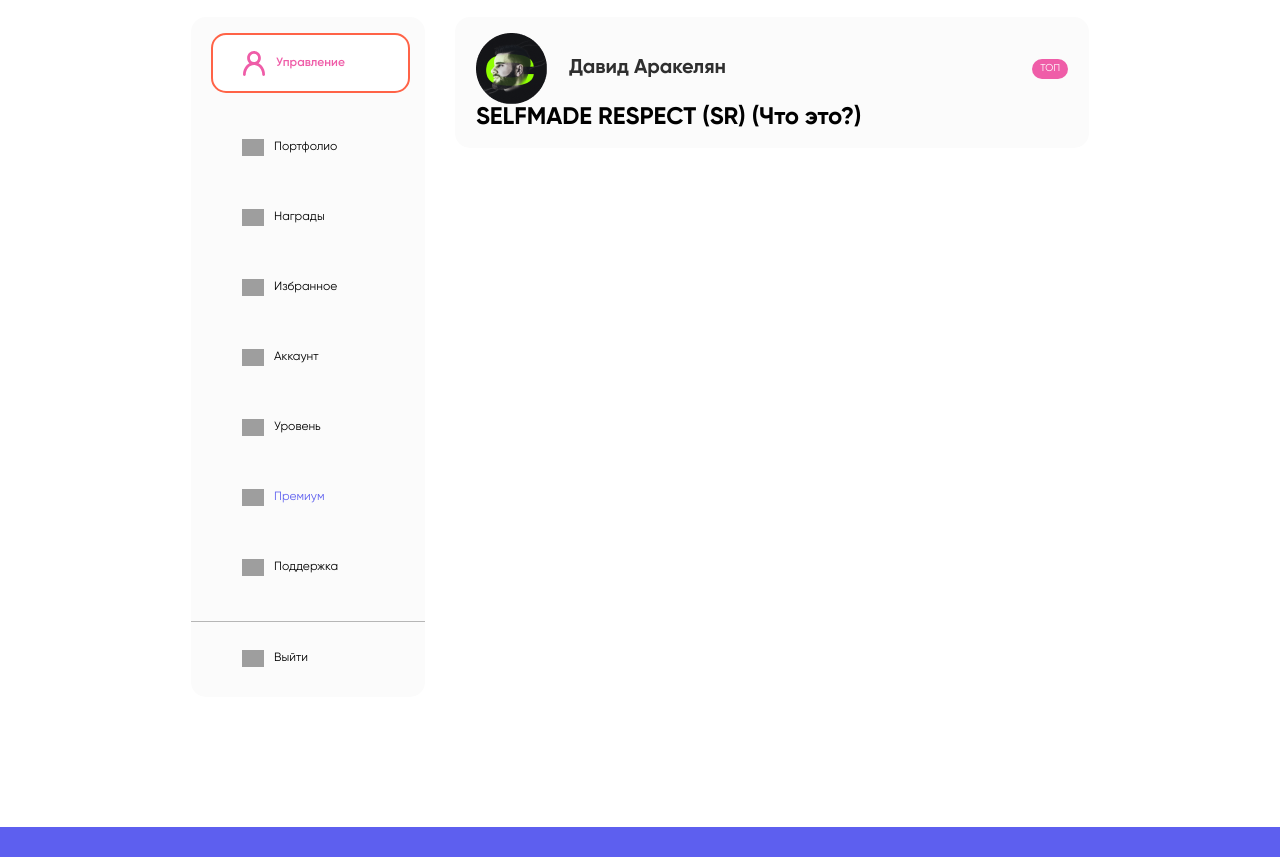
Repository: alexboagreek/selfmade
Page: index.html
These files come from the project's save history. The page is drawn as it stood at one moment and after a run of saves; the edit follows.
The browser window is 1280 px wide. The pictures show the part of the page from y = 353 to 1210 px (the page is 1719 px tall).
Pictures or frames that could not be fetched are drawn as grey boxes. A picture or video elsewhere on the page could not be fetched, so the positions and the page height are approximate.

Above is the page before, as saved 2022-12-13 12:45:12.

### index.html
<!DOCTYPE html>
<html lang="ru">
<head>
    <meta charset="UTF-8">
    <meta http-equiv="X-UA-Compatible" content="IE=edge">
    <meta name="viewport" content="width=device-width, initial-scale=1.0">
    <link rel="stylesheet" href="css/style.css">
    <link rel="icon" type="image/png" sizes="64x64" href="assets/icons/favicon.png">
    <link rel="icon" type="image/png" sizes="48x48" href="assets/icons/favicon_48.png">
    <title>Selfmade</title>
</head>
<body>
    <header class="header">
        <div class="header__container">
            <h1 class="visually-hidden">Selfmade...</h1>
            <div class="header__box">
                <div class="header__logo">
                    <a href="/"><img src="./assets/icons/header_logo.svg" alt="Логотип Selfmade"></a>
                </div>
                <div class="header__login">
                    <div class="header__alarm">
                        <img class="header__alarm_icon" src="assets/icons/bell.svg" alt="authorization bell">
                    </div>
                    <p class="user__name">Аракелян Д.</p>
                    <div class="user__login">
                        <img src="assets/icons/user_icon.svg" alt="user icon">
                    </div>
                </div>

            </div>

        </div>
    </header>

    <main class="main main__container">
        <div class="sidebar">
            <ul class="menu__list">
                <li class="menu__list_item menu__list_item_fix">
                    <button class="menu__list_button menu__button_control control__text">Управление</button>
                </li>
                <li class="menu__list_item list_item_fix">
                    <button class="menu__list_button menu__button_portfolio">Портфолио</button>
                </li>
                <li class="menu__list_item list_item_fix">
                    <button class="menu__list_button menu__button_star">Награды</button>
                </li>
                <li class="menu__list_item list_item_fix">
                    <button class="menu__list_button menu__button_like">Избранное</button>
                </li>
                <li class="menu__list_item list_item_fix">
                    <button class="menu__list_button menu__button_settings">Аккаунт</button>
                </li>
                <li class="menu__list_item list_item_fix">
                    <button class="menu__list_button menu__button_level">Уровень</button>
                </li>
                <li class="menu__list_item list_item_fix">
                    <button class="menu__list_button menu__button_premium menu__button_active">Премиум</button>
                </li>
                <li class="menu__list_item item__border list_item_fix">
                    <button class="menu__list_button menu__button_helper">Поддержка</button>
                </li>
                <li class="menu__list_item list_item_fix menu__line">
                    <button class="menu__list_button menu__button_exit">Выйти</button>
                </li>
            </ul>
        </div>
        <div class="content">
            <section class="interface">
                <div class="interface__box">
                    <div class="interface__box_header interface__line">
                        <div class="user__info">
                            <img src="assets/img/interface.png" alt="Логотип интерфейса юзера | user interface logo" class="interface__img">
                            <p class="interface__text">Давид Аракелян</p>
                        </div>
                        <div class="interface__rating">Топ</div>
                    </div>
                    <div class="selfmade__respect">
                        <h2 class="selfmade__respect_title">SELFMADE RESPECT (SR) <span class="selfmade__span">(Что это?)</span></h2>

                    </div>
                </div>
            </section>
        </div>
    </main>

  <footer class="footer">
    <div class="footer__container">
        <div class="footer__box">
            <img src="./assets/icons/footer_logo.svg" alt="Логотип Selfmade">
            <div class="footer__social">
                <ul class="footer__social_list">
                    <li class="footer__social_list_item">
                        <svg width="15" height="14" viewbox="0 0 15 14" fill="none" xmlns="http://www.w3.org/2000/svg">
                            <path d="M0.911243 6.87875L4.18677 8.10128L5.45459 12.1786C5.53572 12.4397 5.85504 12.5363 6.067 12.363L7.89283 10.8745C8.08421 10.7186 8.35682 10.7108 8.55683 10.856L11.85 13.2469C12.0767 13.4117 12.3979 13.2875 12.4548 13.0135L14.8672 1.40935C14.9293 1.11007 14.6352 0.860402 14.3502 0.970619L0.907405 6.15646C0.575664 6.2844 0.578554 6.75408 0.911243 6.87875ZM5.25027 7.4505L11.6519 3.50775C11.7669 3.43709 11.8853 3.59266 11.7865 3.6843L6.50332 8.59526C6.31761 8.76813 6.19783 8.99946 6.1639 9.25055L5.98393 10.5842C5.9601 10.7623 5.70995 10.78 5.66081 10.6077L4.96866 8.17563C4.88939 7.89823 5.00491 7.60194 5.25027 7.4505Z" fill="#5D5FEF"/>
                        </svg>
                    </li>
                    <li class="footer__social_list_item">
                        <svg width="15" height="15" viewbox="0 0 15 15" fill="none" xmlns="http://www.w3.org/2000/svg">
                            <path fill-rule="evenodd" clip-rule="evenodd" d="M4.90509 0.6828C2.54568 0.6828 0.632996 2.59548 0.632996 4.9549V10.295C0.632996 12.6544 2.54568 14.5671 4.90509 14.5671H10.2452C12.6046 14.5671 14.5173 12.6544 14.5173 10.295V4.9549C14.5173 2.59548 12.6046 0.6828 10.2452 0.6828H4.90509ZM7.57515 3.88687C5.51067 3.88687 3.83707 5.56047 3.83707 7.62496C3.83707 9.68944 5.51067 11.363 7.57515 11.363C9.63964 11.363 11.3132 9.68944 11.3132 7.62496C11.3132 5.56047 9.63964 3.88687 7.57515 3.88687ZM11.5421 4.64975C12.0898 4.64975 12.5338 4.20573 12.5338 3.65801C12.5338 3.11029 12.0898 2.66627 11.5421 2.66627C10.9944 2.66627 10.5504 3.11029 10.5504 3.65801C10.5504 4.20573 10.9944 4.64975 11.5421 4.64975Z" fill="#5D5FEF"/>
                        </svg>
                    </li>
                    <li class="footer__social_list_item">
                        <svg width="16" height="9" viewbox="0 0 16 9" fill="none" xmlns="http://www.w3.org/2000/svg">
                            <path d="M12.9479 4.91454C12.7006 4.61918 12.7714 4.48778 12.9479 4.22376C12.9511 4.22075 14.9925 1.55289 15.2028 0.648132L15.2041 0.647529C15.3086 0.317814 15.2041 0.0755005 14.6987 0.0755005H13.0263C12.6006 0.0755005 12.4043 0.283456 12.2991 0.516125C12.2991 0.516125 11.4477 2.44378 10.2431 3.69332C9.85434 4.05438 9.67462 4.17012 9.46239 4.17012C9.35787 4.17012 9.19535 4.05438 9.19535 3.72467V0.647529C9.19535 0.252112 9.07617 0.0755005 8.72373 0.0755005H6.09412C5.82709 0.0755005 5.66839 0.259948 5.66839 0.431737C5.66839 0.80666 6.27066 0.892856 6.33312 1.9477V4.23642C6.33312 4.73792 6.23689 4.83015 6.02338 4.83015C5.45489 4.83015 4.07508 2.89465 3.25739 0.679476C3.09232 0.249701 2.93108 0.0761032 2.50216 0.0761032H0.829178C0.351821 0.0761032 0.255585 0.284059 0.255585 0.516728C0.255585 0.927817 0.824079 2.97181 2.89921 5.67222C4.28221 7.51549 6.22988 8.51428 8.00164 8.51428C9.06661 8.51428 9.19663 8.29246 9.19663 7.91091C9.19663 6.14961 9.10039 5.98325 9.63383 5.98325C9.88111 5.98325 10.3068 6.09898 11.3011 6.98806C12.4374 8.04231 12.6242 8.51428 13.2602 8.51428H14.9326C15.4093 8.51428 15.6508 8.29246 15.5119 7.85485C15.1939 6.93442 13.0448 5.04112 12.9479 4.91454V4.91454Z" fill="#5D5FEF"/>
                        </svg>
                    </li>
                    <li class="footer__social_list_item">
                        <svg width="7" height="14" viewbox="0 0 7 14" fill="none" xmlns="http://www.w3.org/2000/svg">
                            <path d="M5.1126 2.93661H6.8285V0.446777H4.81141V0.455757C2.36736 0.540786 1.86645 1.89031 1.8223 3.30771H1.81727V4.55101H0.153015V6.9893H1.81727V13.5253H4.3254V6.9893H6.37996L6.77685 4.55101H4.32622V3.79984C4.32622 3.32082 4.65072 2.93661 5.1126 2.93661Z" fill="#5D5FEF"/>
                        </svg>
                    </li>
                </ul>
            </div>
        </div>
        <div class="footer__services">
            <ul class="services__list">
                <li class="services__list_item">Как работает сервис?</li>
                <li class="services__list_item">Советы от SELFMADE</li>
                <li class="services__list_item">Пользовательское соглашение</li>
                <li class="services__list_item">Почему SELFMADE</li>
                <li class="services__list_item">Помощь и поддержка</li>
            </ul>
        </div>
    </div>
    <div class="footer__copyright">
        <ul class="footer__copyright_list">
            <li class="footer__copyright_list_item footer__copy_text">© SELFMADE.TEAM 2022</li>
            <li class="footer__copyright_list_item footer__copy_text-info">ИНН 431207720494 / ОГРНИП 320508100324371</li>
            <li class="footer__copyright_list_item">
                <a class="footer__copyright_link" href="#">Политика конфиденциальности</a>
            </li>
        </ul>
    </div>

  </footer>
</body>
</html>

### css/style.css
@import 'normalize.css';
@import 'fonts.css';
@import 'default.css';
@import 'header.css';
@import 'sidebar.css';
@import 'interface.css';
@import 'footer.css';

### css/fonts.css
@font-face {
    font-family: Gilroy;
    src: url(../assets/fonts/Gilroy-Regular.woff2) format('woff2'),
    url(../assets/fonts/Gilroy-Regular.woff) format('woff');
    font-weight: 400;
}

@font-face {
    font-family: Gilroy;
    src: url(../assets/fonts/Gilroy-Semibold.woff2) format('woff2'),
    url(../assets/fonts/Gilroy-Semibold.woff) format('woff');
    font-weight: 500;
}

@font-face {
    font-family: Gilroy;
    src: url(../assets/fonts/Gilroy-Bold.woff2) format('woff2'),
    url(../assets/fonts/Gilroy-Bold.woff) format('woff');
    font-weight: 600;
}

### css/default.css
:root {
    --color-control-text:#EF5DA8;
    --color-menu: #F0F0F0;
    --color-menu-active: #5D5FEF;
    --color-alarm: #EF5DA8;
    --color-main: #FBFBFB;
    --footer-color-main: #5D5FEF;
    --footer-color-copyright: #5556D3;
    --footer-social-color: #FFFFFF;
    --footer-copyright-link: #B6B6B6;
}

html {
  overflow-x: hidden;
  position: relative;
  box-sizing: border-box;
}

*,
*::before,
*::after {
  box-sizing: inherit;
}

body {
  display: flex;
  flex-direction: column;
  min-width: 320px;
  height: 100%;
  font-family: Gilroy, sans-serif;
  background-color: #FFFFFF;
  font-size: 16px;
  overflow-x: hidden;
  position: relative;
}

img,
svg {
  max-width: 100%;
  max-height: 100%;
  height: auto;
}

button {
  padding: 0;
  cursor: pointer;
  border: none;
  background-color: transparent;
}

a {
  text-decoration: none;
  color: inherit;
}

ul {
  list-style: none;
  padding: 0;
  margin: 0;
}

h1,
h2,
h3,
p,
figure,
fieldset {
  margin: 0;
}

iframe {
  border: none;
}

fieldset {
  padding: 0;
  border: 0;
}

.visually-hidden {
  position: fixed;
  transform: scale(0);
}

.container {
    max-width: 1400px;
    padding: 0 100px;
    margin: 0 auto;
}

### css/header.css
.header {
    padding-top: 28px;
    padding-bottom: 37px;
    flex: 0 0 auto;
    background-color: #FFFFFF;
}

.header__box {
    display: flex;
    justify-content: space-between;
    align-items: center;
}

.header__container {
    max-width: 1500px;
    margin: 0 auto;
    padding: 0 100px;
}

.header__alarm {
    position: relative;
    margin-right: 11px;
}

.header__alarm::after {
    position: absolute;
    top: 0;
    content: '';
    width: 5px;
    height: 5px;
    background-color: var(--color-alarm);
    border-radius: 50%;
}
.user__name {
    margin-right: 6px;
}

.header__login {
    display: flex;
    align-items: center;
}

.user__login {
    cursor: pointer;
}

.services__list_item {
    cursor: pointer;
}

### css/sidebar.css
.main {
    display: flex;
}

.main__container {
    max-width: 1200px;
    margin: 0 auto;
}

.sidebar {
    display: flex;
    justify-content: center;
    width: 234px;
    border-radius: 15px;
    background-color: var(--color-main);
    margin-bottom: 130px;
    margin-right: 30px;
}

.menu__list_button {
    font-size: 12px;
    line-height: 16px;
    padding: 7px 8px 7px 40px;
    background-size: 22px;
    background-position: 8px center;
    background-repeat: no-repeat;
    border-radius: 50px;
    border: 1px solid transparent;
    white-space: nowrap;
    outline: none;
    margin-bottom: 38px;
}

.menu__list_item_fix {
    display: flex;
    padding-left: 20px;
    align-items: flex-start;
}

.menu__button_active {
    color: var(--color-menu-active);
}

.menu__button_control {
    width: 199px;
    margin-top: 16px;
    border-radius: 15px;
    border: 2px solid tomato;
    padding: 20px;
    background-color: #FFFFFF;
    background-image: url('../assets/icons/user__icon.svg');
    background-position: calc(30px);
}

.control__text {
    font-weight: 500;
    color: var(--color-control-text);
}

.menu__button_portfolio {
    background-image: url('../assets/icons/portfolio_icon.svg');
}
.menu__button_star {
    background-image: url('../assets/icons/star_icon.svg');
}

.menu__button_like {
    background-image: url('../assets/icons/like_icon.svg');
}
.menu__button_settings {
    background-image: url('../assets/icons/settings_icon.svg');
}
.menu__button_level {
    background-image: url('../assets/icons/level_icon.svg');
}
.menu__button_premium {
    background-image: url('../assets/icons/premium_icon.svg');
}

.menu__button_helper {
    background-image: url('../assets/icons/helper_icon.svg');
}

.menu__line {
    width: 234px;
    border-top: 1px solid var(--footer-copyright-link);
}
.menu__button_exit {
    background-image: url('../assets/icons/exit_icon.svg');
    margin-top: 20px;
    margin-bottom: 23px;
}

.list_item_fix {
    padding-left: 42px;
}

### css/interface.css
.interface__box {
    border-radius: 15px;
    padding: 16px 21px;
    width: 634px;
    background-color: var(--color-main);
}
.interface__box_header {
    display: flex;
    justify-content: space-between;
    align-items: center;
}
.user__info {
    display: flex;
    align-items: center;
}

.interface__text {
    font-weight: 700;
    font-size: 20px;
    margin-left: 22px;
    line-height: 1.06;
    color: #2F2F2F;
}

.interface__rating {
    padding: 4px 8px;
    border-radius: 47px;
    color: #FFFFFF;
    background-color: var( --color-control-text);
    font-size: 10px;
    text-transform: uppercase;
}

.selfmade__span {

}

### css/footer.css
.footer {
    flex: 0 0 auto;
}

.footer__container {
    padding: 50px 140px 0px 140px;
    background-color: var(--footer-color-main);
}

.footer__box {
    display: flex;
    justify-content: space-between;
    background-color: var(--footer-color-main);
    margin-bottom: 50px;
}

.footer__social_list_item {
    display: flex;
    align-items: center;
    justify-content: center;
    width: 29px;
    height: 29px;
    background-color: var(--footer-social-color);
    border-radius: 50%;
    margin-right: 19px;
    cursor: pointer;
}

.footer__social_list_item:last-child {
    margin-right: 0;
}

.footer__social_list {
    display: flex;
}

.footer__services {
    padding-bottom: 41px;
}

.services__list {
    display: flex;
    justify-content: space-between;
}
.services__list_item {
    font-size: 16px;
    font-weight: 500;
    color: var(--footer-social-color);
}

.footer__copyright {
    padding: 30px 140px;
    border-top: 1px solid #FFFFFF;
    background-color: var(--footer-color-copyright);
}

.footer__copyright_list {
    display: flex;
    justify-content: space-between;
}

.footer__copy_text {
    font-weight: 500;
    line-height: 16px;
    color: var(--footer-social-color);
}

.footer__copy_text-info {
    font-weight: 400;
    color: var(--footer-social-color);
}
.footer__copyright_link {
    color: var(--footer-copyright-link);
}

Loaded but not shown: css/normalize.css (library)

After the next 2 saves:
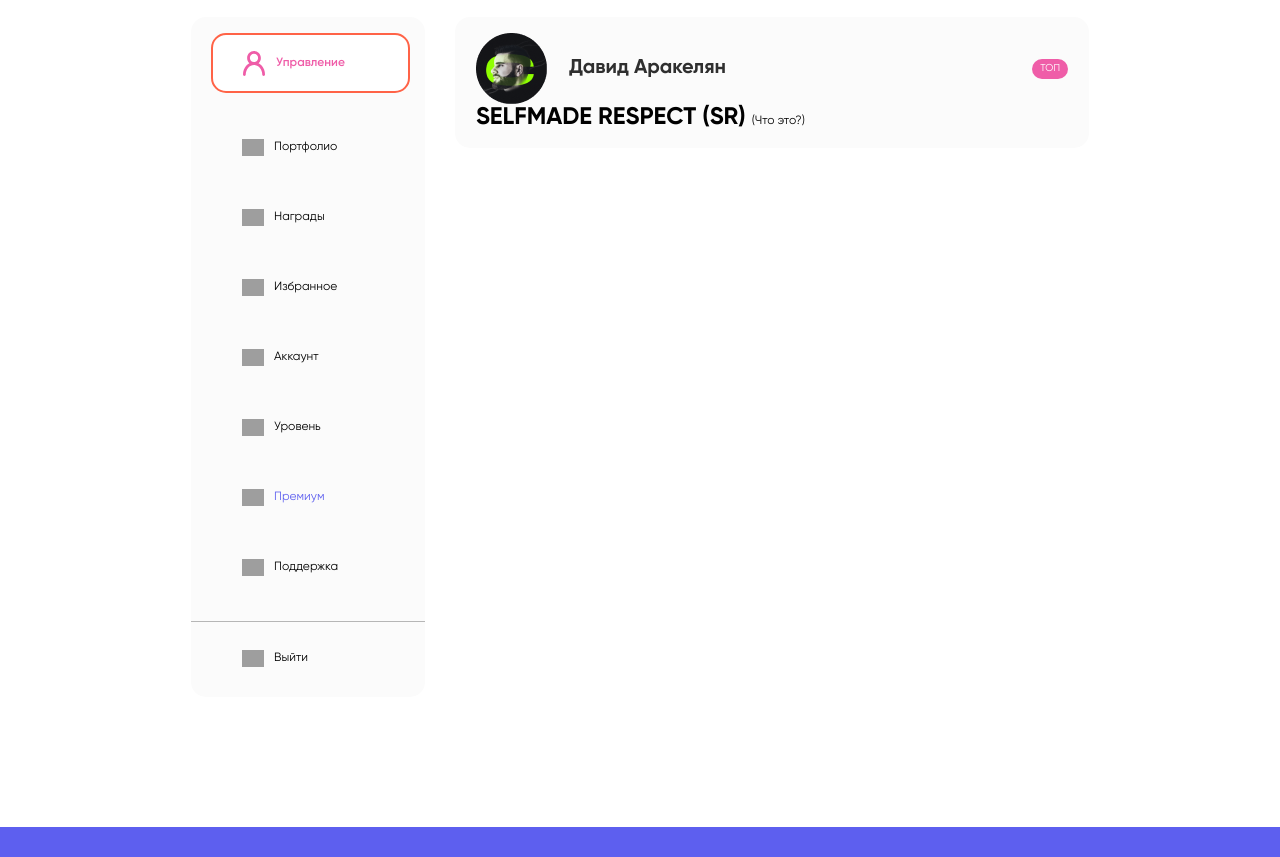
The 2 saves are shown as one change because they came seconds apart.
The last was saved 9 s later.
--- a/css/interface.css
+++ b/css/interface.css
@@ -32,5 +32,6 @@
 }
 
 .selfmade__span {
-
+    font-weight: 400;
+    font-size: 12px;
 }
